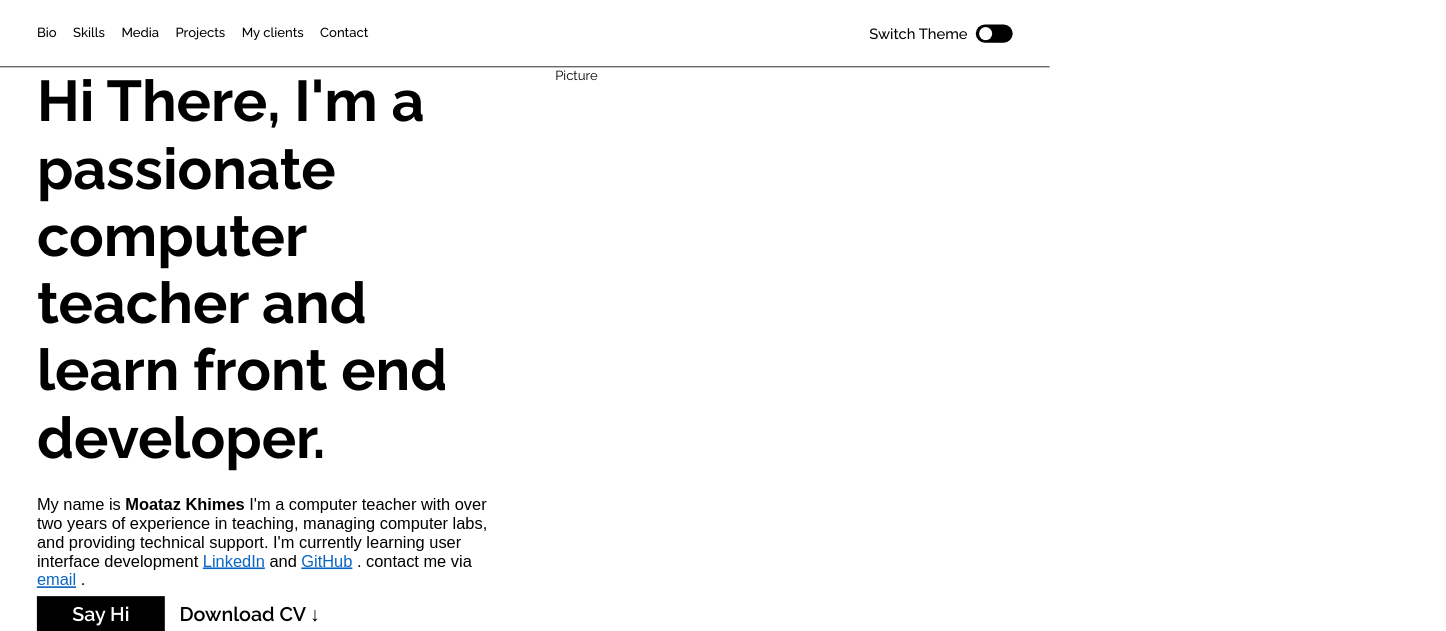
Repository: moataz305G/Personal-website
Page: index.html
An editor plug-in stored every save of this project. The page is shown before and after the next save, followed by the edit.
The browser window is 1280 px wide. The page is 1280 px wide, then 1763 px, so the pictures cover 1763 px, including what lies to the right of the window. The pictures show the whole page, at 82% of full size.

Above is the page before, as saved 2025-12-13 09:25:14.

After the next save:
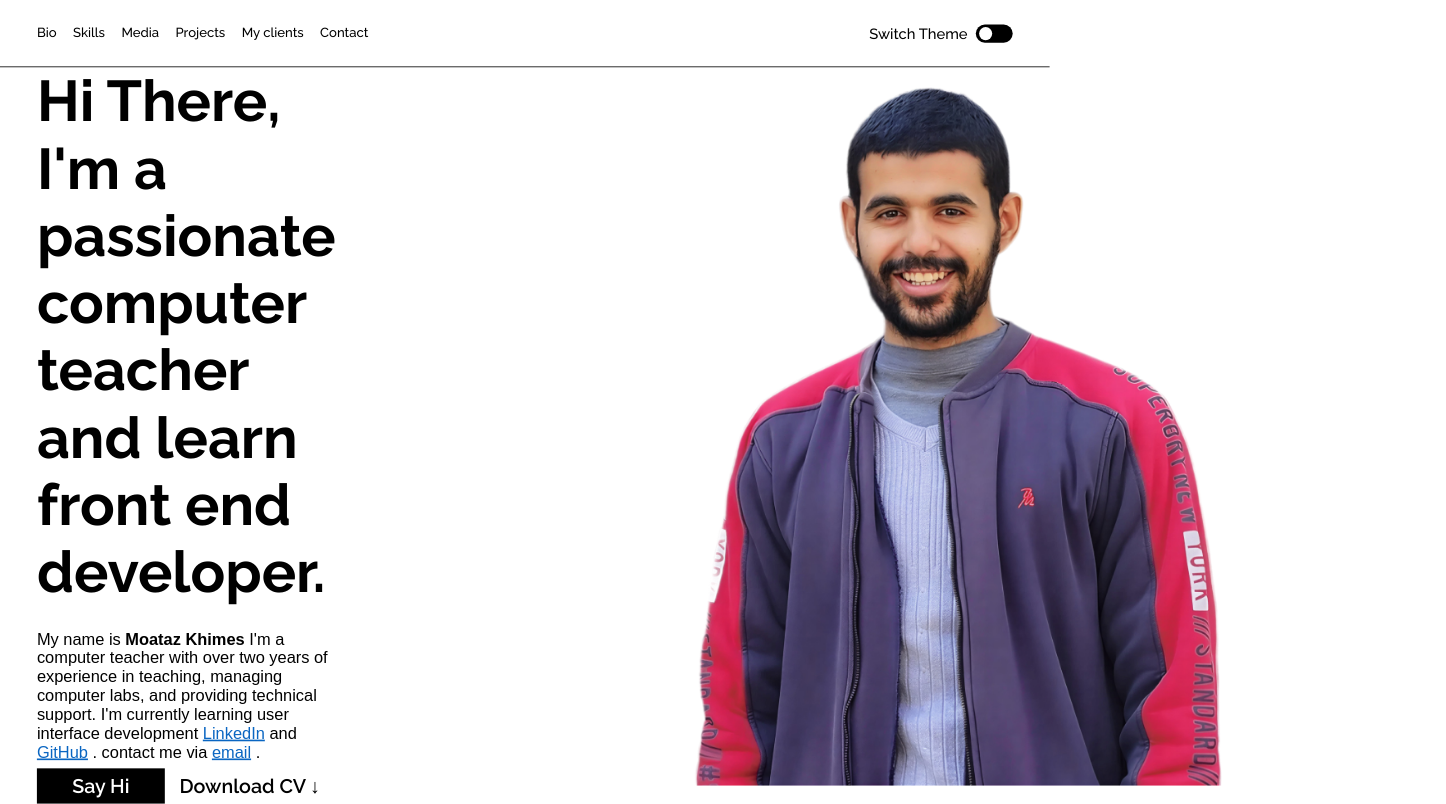
Saved 33 min 3 s later.
--- a/index.html
+++ b/index.html
@@ -69,7 +69,13 @@
             >Download CV <span class="bio__arrow">↓</span></a
           >
         </div>
-        <div class="bio__pic-content">Picture</div>
+        <div class="bio__pic">
+          <img
+            src="images/personal-pic.png"
+            alt="pictch"
+            class="bio__pic-content"
+          />
+        </div>
       </section>
     </div>
   </body>
